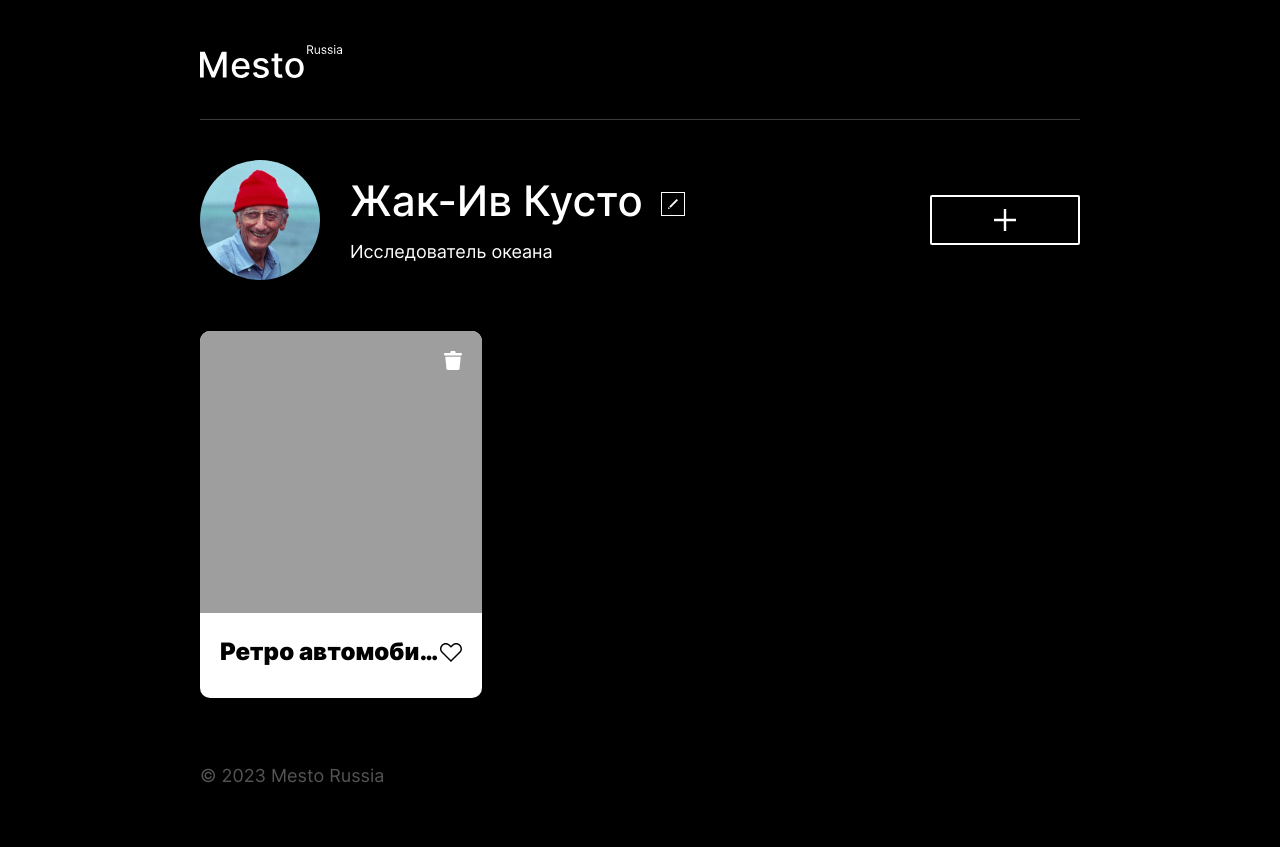
Repository: Dmitry-Rusinov/mesto
Page: index.html
The author's editor kept a copy of each file at every save. The page is drawn from the files as they stood at one save, then again after the next save.
The browser window is 1280 px wide. The pictures show the whole page.
Pictures or frames that could not be fetched are drawn as grey boxes.

Above is the page before, as saved 2023-05-17 22:00:12.

### index.html
<!DOCTYPE html>
<html lang="ru">
  <head>
    <meta charset="UTF-8" />
    <meta name="viewport" content="width=device-width, initial-scale=1.0" />
    <link rel="stylesheet" href="./pages/index.css" />
    <title>Третий проект Яндекс.Практикум "Место"</title>
  </head>
  <body class="page">
    <div class="content">
      <header class="header">
        <img
          src="./images/logo.svg"
          alt="Логотип проекта Место.Россия"
          class="header__logo"
        />
      </header>
      <main>
        <section class="profile">
          <img
            src="./images/image.jpg"
            alt="Фотография пользователя"
            class="profile__avatar"
          />
          <div class="profile__info">
            <h1 class="profile__info-title">Жак-Ив Кусто</h1>
            <button
              type="button"
              title="Кнопка редактирования профиля"
              class="profile__edit-button"
            ></button>
            <p class="profile__subtitle">Исследователь океана</p>
          </div>
          <button
            type="button"
            title="Кнопка добавления фото-карточки"
            class="profile__add-button"
          ></button>
        </section>
        <section class="elements">
          <ul class="elements__card">
            <template id="template-card">
              <li class="elements__card-content">
                  <img
                  src=""
                  alt=""
                  class="elements__picture"
                />
                <button
                  type="button"
                  title="Кнопка удаления карточки"
                  class="elements__button-delete"
                ></button>
                <div class="elements__description">
                  <div class="elements__container">
                    <h2 class="elements__title"></h2>
                    <button
                      type="button"
                      title="Кнопка лайка картинки"
                      class="elements__button-like"
                    ></button>
                  </div>
                </div>
              </li>
            </template>
          </ul>
        </section>
      </main>
      <footer class="footer">
        <p class="footer__text">© 2023 Mesto Russia</p>
      </footer>
    </div>
    <div class="popup" id="editForm">
      <div class="popup__container">
        <button
          type="button"
          class="popup__closed"
          title="Кнопка закрытия формы"
        ></button>
        <h2 class="popup__title">Редактировать профиль</h2>
        <form name="form" class="popup__form">
          <fieldset class="popup__content">
            <input
              class="popup__input popup__input_user_name"
              type="text"
              id="user-name"
              placeholder="Как вас зовут?"
              minlength="1"
              maxlength="200"
              name="name"
            />
            <input
              class="popup__input popup__input_user_job"
              type="text"
              id="description"
              placeholder="Дополнитерьная информация"
              minlength="1"
              maxlength="400"
              name="job"
            />
          </fieldset>
          <button type="submit" class="popup__submit" value="eddit">
            Сохранить
          </button>
        </form>
      </div>
    </div>
    <div class="popup" id="popupAddCard">
      <div class="popup__container">
        <button
          type="button"
          class="popup__closed"
          title="Кнопка закрытия формы"
        ></button>
        <h2 class="popup__title"></h2>
        <form name="addCard" class="popup__form">
          <fieldset class="popup__content">
            <input
              class="popup__input" id="popup__input_card_description"
              type="text"
              id="user-name"
              placeholder="Название"
              minlength="1"
              maxlength="200"
              name="newPlace"
            />
            <input
              class="popup__input" id="popup__input_pictures-link"
              type="url"
              id="description"
              placeholder="Ссылка на картинку"
              minlength="1"
              maxlength="400"
              name="pictureLink"
            />
          </fieldset>
          <button type="submit" class="popup__submit" value="eddit">
            Сохранить
          </button>
        </form>
      </div>
    </div>
    <div class="popup popup_overlay" id="popupImage">
      <div class="popup__image-container">
        <button
          type="button"
          class="popup__closed"
          title="Кнопка закрытия формы"
        ></button>
            <h2 class="popup__image-title"></h2>
            <img class="popup__picture" alt="" src="">
      </div>
    </div>
    <script src="./scripts/index.js"></script>
  </body>
</html>

### scripts/index.js
//Попап оредактирования профиля
const buttonPopupOpen = document.querySelector('.profile__edit-button');
/*const popup = document.querySelector('.popup');*/
const popupEditForm = document.querySelector('#editForm');
const buttonPopupClosed = document.querySelector('.popup__closed');
const formElement = popupEditForm.querySelector('.popup__form');
const nameInput = document.querySelector('.popup__input_user_name');
const jobInput = document.querySelector('.popup__input_user_job');
const newNameInput = document.querySelector('.profile__info-title');
const newJobInput = document.querySelector('.profile__subtitle');

//Добавление карточек на страницу
const elementsCard = document.querySelector('.elements__card');
const templateCard = document.querySelector('#template-card').content;

//Попап добавления карточки
const popupImageContent = document.querySelectorAll('.elements__card-content');
const popupAddButton = document.querySelector('.profile__add-button');
const cardDescription = document.querySelector('#popup__input_card_description');
const picturesLink = document.querySelector('#popup__input_pictures-link');
const popupAddCard = document.querySelector('#popupAddCard');
const newPopupButtonClosed = popupAddCard.querySelector('.popup__closed');
const addCardForm = popupAddCard.querySelector('.popup__form');
//Попап изображения карточки при увеличении



//Реализация формы редактирования профиль
const togglePopupState = (popupToToggle) => popupToToggle.classList.toggle('popup_opened');

buttonPopupOpen.addEventListener('click', () => {
  togglePopupState(popupEditForm);
  nameInput.value = newNameInput.textContent;
  jobInput.value = newJobInput.textContent;
});

buttonPopupClosed.addEventListener('click', () => togglePopupState(popupEditForm));

/*popup.addEventListener('click', (evt) => {
  if (evt.target === evt.currentTarget) {
    togglePopupState(popup)
  }
})*/

function handleFormSubmit (evt) {
    evt.preventDefault();
    newNameInput.textContent = nameInput.value;
    newJobInput.textContent = jobInput.value;
    togglePopupState(popupEditForm);
}

formElement.addEventListener('submit', handleFormSubmit);

// Реализация загрузки карточек из JS
const initialCards = [
  {
    name: 'Метро',
    link: 'https://images.unsplash.com/photo-1683836694582-80aa1f218f0c?ixlib=rb-4.0.3&ixid=MnwxMjA3fDB8MHxlZGl0b3JpYWwtZmVlZHwxMnx8fGVufDB8fHx8&w=1000&q=80'
  },
  {
    name: 'Остров в океане',
    link: 'https://images.unsplash.com/photo-1682444944126-9fb22591061e?ixlib=rb-4.0.3&ixid=MnwxMjA3fDB8MHxlZGl0b3JpYWwtZmVlZHwxOHx8fGVufDB8fHx8&w=1000&q=80'
  },
  {
    name: 'Воздушные шары',
    link: 'https://images.unsplash.com/photo-1683475962489-ddb36560f621?ixlib=rb-4.0.3&ixid=MnwxMjA3fDB8MHxlZGl0b3JpYWwtZmVlZHwzNHx8fGVufDB8fHx8&w=1000&q=80'
  },
  {
    name: 'Девушка с довольным выражением лица',
    link: 'https://images.unsplash.com/photo-1671549845835-224455af2e41?ixlib=rb-4.0.3&ixid=MnwxMjA3fDB8MHxlZGl0b3JpYWwtZmVlZHw3NXx8fGVufDB8fHx8&w=1000&q=80'
  },
  {
    name: 'Отдых в палатке на природе',
    link: 'https://plus.unsplash.com/premium_photo-1664367986079-dd9933917ff1?ixlib=rb-4.0.3&ixid=MnwxMjA3fDB8MHxlZGl0b3JpYWwtZmVlZHw4Nnx8fGVufDB8fHx8&w=1000&q=80'
  },
  {
    name: 'Ретро автомобиль',
    link: 'https://images.unsplash.com/photo-1683538967101-a1543aac2dc9?ixlib=rb-4.0.3&ixid=MnwxMjA3fDB8MHxlZGl0b3JpYWwtZmVlZHwxMjh8fHxlbnwwfHx8fA%3D%3D&w=1000&q=80'
  }
];

const elementsInfo = initialCards.map((item) => {
  return {
    name: item.name,
    link: item.link
  };
});
//Кнопка удаления карточки
const deleteCard = (evt) => {
  const item = evt.target.closest('.elements__card-content');
  item.remove();
}
//Кнопка лайка карточки
const buttonLike = (evt) => {
  const item = evt.target.closest('.elements__button-like');
  item.classList.toggle('elements__button-like_active');
}

const changedElements = templateCard.querySelector('.elements__card-content').cloneNode(true);
const elementsPicture = changedElements.querySelector('.elements__picture');
const elementsTitle = changedElements.querySelector('.elements__title');


function createCard({name, link}) {
  /*const changedElements = templateCard.querySelector('.elements__card-content').cloneNode(true);
  const elementsPicture = changedElements.querySelector('.elements__picture');
  const elementsTitle = changedElements.querySelector('.elements__title');*/
  elementsTitle.textContent = name;
  elementsPicture.src = link;
  elementsPicture.alt = name;
  changedElements.querySelector('.elements__button-delete').addEventListener('click', deleteCard);
  changedElements.querySelector('.elements__button-like').addEventListener('click', buttonLike);

  elementsPicture.addEventListener('click', () => {
    togglePopupState(modal);
    newImage.src = elementsPicture.src;
    newImage.alt = elementsPicture.alt;
    newImageTitle.textContent = elementsTitle.textContent;
  });

  elementsCard.prepend(changedElements);
}

function create() {
  elementsInfo.forEach(createCard);
}

create();

//Реализация формы добавления карточки
popupAddButton.addEventListener('click', () => {
  togglePopupState(popupAddCard);
});

newPopupButtonClosed.addEventListener('click', () => togglePopupState(popupAddCard));

function addCardSubmit (evt) {
  evt.preventDefault();
  const changedElements = templateCard.querySelector('.elements__card-content').cloneNode(true);
  changedElements.querySelector('.elements__title').textContent = cardDescription.value;
  changedElements.querySelector('.elements__picture').alt = cardDescription.value;
  changedElements.querySelector('.elements__picture').src = picturesLink.value;
  changedElements.querySelector('.elements__button-delete').addEventListener('click', deleteCard);
  changedElements.querySelector('.elements__button-like').addEventListener('click', buttonLike);

  const elementsPicture = changedElements.querySelector('.elements__picture');
  const elementsTitle = changedElements.querySelector('.elements__title');
  elementsPicture.addEventListener('click', () => {
    togglePopupState(modal);
    newImage.src = elementsPicture.src;
    newImage.alt = elementsPicture.alt;
    newImageTitle.textContent = elementsTitle.textContent;
  });

  elementsCard.prepend(changedElements);
  togglePopupState(popupAddCard);
}

addCardForm.addEventListener('submit', addCardSubmit);

//Реализация модального окна изображений
/*const imageToPopup = elementsCard.getElementsByClassName('elements__picture');
const popupImage = document.querySelector('#popupImage');
const popupImageButtonClosed = popupImage.querySelector('.popup__closed');
const imageTitle = document.querySelector('.popup__image-title');
const popupImageContent = document.querySelector('.popup__image-container');
const elementsTitle = document.getElementsByClassName('elements__title');
const popupImageContent = document.querySelector('.popup__image-container');
const popupPicture = document.querySelector('.popup__picture');

/*function item () {
  elementsTitle.value = imageTitle.textContent;
  imageToPopup.value = popupPicture.src;
  return
}

for (let i = 0; i < imageToPopup.length; ++i) {
  let picture = imageToPopup[i];
  picture.addEventListener('click', () => {
    togglePopupState(popupImage);});

}


 /*imageToPopup.addEventListener('click', () => {
  togglePopupState(popupImage);
});*/

//popupImageButtonClosed.addEventListener('click', () => togglePopupState(popupImage));




const modal = document.querySelector('#popupImage');
const modalContent = modal.querySelector('.popup__image-container');
const closeBtn = modal.querySelector('.popup__closed');
const newImage = modal.querySelector('.popup__picture');
const newImageTitle = modal.querySelector('.popup__image-title');
const nameOfPicture = elementsCard.querySelector('.elements__title');


/*let imgSrc;

popupImageContent.forEach((img) => {
  img.addEventListener('click', (item) => {
    imgSrc = item.target.src;
    togglePopupState(modal);
    imgModal(imgSrc);
  });
});

let imgModal = (src, alt) => {
  //const modal = document.querySelector('#popupImage');
  //const newImage = modal.querySelector('.popup__picture');
  newImage.setAttribute("src", src);
  newImage.setAttribute("alt", alt);
  newImage.alt = nameOfPicture.textContent;
  //newImage.setAttribute("alt", alt).textContent = nameOfPicture.value;
  //newImage.alt = nameOfPicture.value;
  //newImageTitle.textContent = nameOfPicture.value;
  //nameOfPicture.value = newImageTitle.textContent;
  //const closeBtn = modal.querySelector('.popup__closed');

  newImageTitle.innerHTML = nameOfPicture.textContent;


  modalContent.append(newImage, closeBtn, newImageTitle);
}*/


closeBtn.addEventListener('click', () => {
  togglePopupState(modal);
});

### blocks/page/page.css
.page {
  font-family: "Inter", Helvetica, Arial, sans-serif;
  background-color: #000000;
  -webkit-text-size-adjust: 100%;
  -ms-text-size-adjust: 100%;
  -moz-text-size-adjust: 100%;
  -webkit-font-smoothing: antialiased;
  -moz-osx-font-smoothing: grayscale;
  text-rendering: optimizeLegibility;
  margin: 0 auto;
  width: 100%;
}

### blocks/header/header.css
.header {
  display: flex;
  flex-direction: column;
  justify-content: space-between;
  margin: 0;
  border-bottom: 1px solid rgba(84, 84, 84, 0.7);
}

### blocks/header/__logo/header__logo.css
.header__logo {
  object-fit: contain;
  margin-bottom: 41px;
  max-width: 142px;
}

@media screen and (max-width: 320px) {
  .header__logo {
    max-width: 103.74px;
    margin-bottom: 31.6px;
    margin-left: 27px;
  }
}

### blocks/profile/profile.css
.profile {
  display: flex;
  width: 100%;
  margin: 40px auto 0;
  align-items: center;
}
@media screen and (max-width: 980px) {
  .profile {
    flex-direction: column;
  }
}

### blocks/profile/__avatar/profile__avatar.css
.profile__avatar {
  object-fit: cover;
  border-radius: 50%;
  width: 120px;
  height: 120px;
  margin-right: 30px;
  padding: 0;
}

@media screen and (max-width: 980px) {
  .profile__avatar {
    margin: 0 auto 26px;
  }
}

### blocks/elements/elements.css
.elements {
  margin: 51px auto 0;
}

@media screen and (max-width: 425px) {
  .elements {
    margin: 36px auto 0;
  }
}

### blocks/elements/__button-like/elements__button-like.css
.elements__button-like {
  background-image: url(../../../images/botton-like.svg);
  width: 22px;
  height: 19px;
  border: 0;
  background-color: transparent;
  cursor: pointer;
  transition: opacity 0.6s;
}

.elements__button-like:hover {
  opacity: 0.5;
}

### blocks/elements/__card-content/elements__card-content.css
.elements__card-content {
  display: flex;
  position: relative;
  flex-direction: column;
  border-radius: 10px;
  margin: 0;
  padding: 0;
  overflow: hidden;
  background: #FFFFFF;
  width: 282px;
}

### blocks/elements/__container/elements__container.css
.elements__container {
  display: flex;
  justify-content: space-between;
  margin: 25px 20px 31px;
  align-items: center;
}

### blocks/elements/__picture/elements__picture.css
.elements__picture {
  height: 282px;
  width: 100%;
  object-fit: cover;
}
.elements__picture:hover {
  cursor: pointer;
}

### blocks/elements/__title/elements__title.css
.elements__title {
  font-style: normal;
  font-weight: 900;
  font-size: 1.5em;
  line-height: 1.2;
  margin: 0;
  padding: 0;
  max-width: 220px;
  text-overflow: ellipsis;
  white-space: nowrap;
  overflow: hidden;
}

### blocks/elements/__button-delete/elements__button-delete.css
.elements__button-delete {
  position: absolute;
  background-image: url(../../../images/deleteCard-basket.svg);
  cursor: pointer;
  top: 20px;
  right: 20px;
  width: 18px;
  height: 19px;
  border: none;
  background-color: transparent;
  background-repeat: no-repeat;
  transition: opacity 0.6s;
}

.elements__button-delete:hover {
  opacity: 0.6;
}

### blocks/elements/__button-like/_active/elements__button-like_active.css
.elements__button-like_active {
  background-image: url(../../../../images/button-like-active.svg);
  opacity: 1;
}

### blocks/footer/footer.css
.footer {
  max-width: 318px;
  margin-top: 67px;
  margin-right: auto;
}

@media screen and (max-width: 425px) {
  .footer {
    margin-top: 48px;
  }
}

### blocks/footer/__text/footer__text.css
.footer__text {
  font-style: normal;
  font-weight: 400;
  font-size: 18px;
  line-height: 22px;
  color: #545454;
  margin: 0;
  padding: 0;
}

@media screen and (max-width: 320px) {
  .footer__text {
    font-size: 14px;
    line-height: 17px;
    margin: 0 19px;
  }
}

### blocks/popup/popup.css
.popup {
  position: fixed;
  top: 0;
  left: 0;
  z-index: 5;
  width: 100%;
  height: 100%;
  display: none;
  background-color: rgba(0, 0, 0, 0.5);
  justify-content: center;
  align-items: center;
}

### blocks/popup/__title/popup__title.css
.popup__title {
  font-style: normal;
  font-weight: 900;
  font-size: 24px;
  line-height: 29px;
  margin: 0;
  padding: 0;
}

@media screen and (max-width: 768px) {
  .popup__title {
    font-size: 18px;
    line-height: 22px;
  }
}

### blocks/popup/__input/popup__input.css
.popup__input {
  border: none;
  border-bottom: 1px solid rgba(0, 0, 0, 0.2);
  padding: 13px 0 10px;
  margin: 0 0 17px;
  width: 100%;
  font-style: normal;
  font-weight: 400;
  font-size: 14px;
  line-height: 17px;
}

### blocks/popup/__form/popup__form.css
.popup__form {
  display: flex;
  flex-direction: column;
  box-sizing: border-box;
  margin-top: 35px;
}

@media screen and (max-width: 768px) {
  .popup__form {
    margin-top: 62px;
  }
}

### blocks/popup/__content/popup__content.css
.popup__content {
  padding: 0;
  margin: 0 0 31px;
  border: none;
  flex-direction: column;
}
@media screen and (max-width: 768px) {
  .popup__content {
    margin: 0;
  }
}

### blocks/popup/__container/popup__container.css
.popup__container {
  border-radius: 10px;
  background: #fff;
  width: 358px;
  position: relative;
  box-shadow: 0px 0px 25px rgba(0, 0, 0, 0.15);
  flex-direction: column;
  z-index: 5;
  padding: 34px 36px 37px;
}

@media screen and (max-width: 768px) {
  .popup__container {
    width: 238px;
    padding: 25px 22px;
  }
}

### blocks/popup/__picture/popup__picture.css
.popup__picture {
  background-position: center;
  object-fit: cover;
  overflow: hidden;
  z-index: 2;
}

### blocks/popup/__image-container/popup__image-container.css
.popup__image-container {
  display: flex;
  flex-direction: column;
  align-self: center;
  z-index: 1;
  position: relative;
  max-width: 816px;
  height: 540px;
  margin: 0 auto;
}

### blocks/popup/__image-title/popup__image-title.css
.popup__image-title {
  position: absolute;
  left: 0;
  bottom: -25px;
  margin: 0;
  padding: 0;
  font-style: normal;
  font-weight: 400;
  font-size: 12px;
  line-height: 15px;
  color: white;
}

### blocks/popup/_overlay/popup_overlay.css
.popup_overlay {
  background-color: rgba(0, 0, 0, 0.9);
}

Loaded but not shown: vendor/normalize.css (library); blocks/popup/_opened/popup_opened.css (common file); pages/index.css (48 lines, source omitted); blocks/profile/__add-button/profile__add-button.css (40 lines, source omitted); vendor/fonts.css (24 lines, source omitted); blocks/popup/__submit/popup__submit.css (29 lines, source omitted); blocks/profile/__edit-button/profile__edit-button.css (25 lines, source omitted); blocks/popup/__closed/popup__closed.css (27 lines, source omitted); blocks/content/content.css (27 lines, source omitted); blocks/profile/__info-title/profile__info-title.css (26 lines, source omitted); blocks/profile/__subtitle/profile__subtitle.css (26 lines, source omitted); blocks/elements/__card/elements__card.css (23 lines, source omitted); blocks/profile/__info/profile__info.css (23 lines, source omitted)

After the next save:
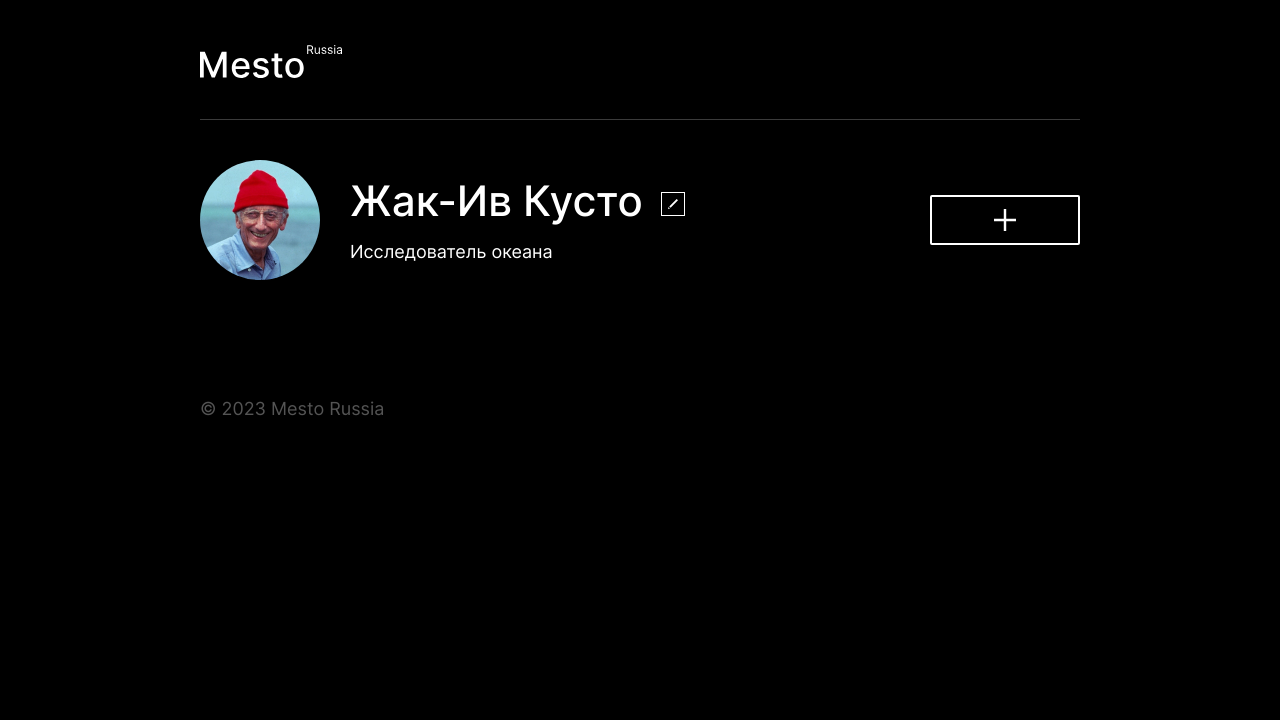
Console error: TypeError: templateCard.querySelectorAll(...).cloneNode is not a function
Saved 2 min 28 s later.
--- a/scripts/index.js
+++ b/scripts/index.js
@@ -96,7 +96,7 @@
   item.classList.toggle('elements__button-like_active');
 }
 
-const changedElements = templateCard.querySelector('.elements__card-content').cloneNode(true);
+const changedElements = templateCard.querySelectorAll('.elements__card-content').cloneNode(true);
 const elementsPicture = changedElements.querySelector('.elements__picture');
 const elementsTitle = changedElements.querySelector('.elements__title');
 

After the save that followed:
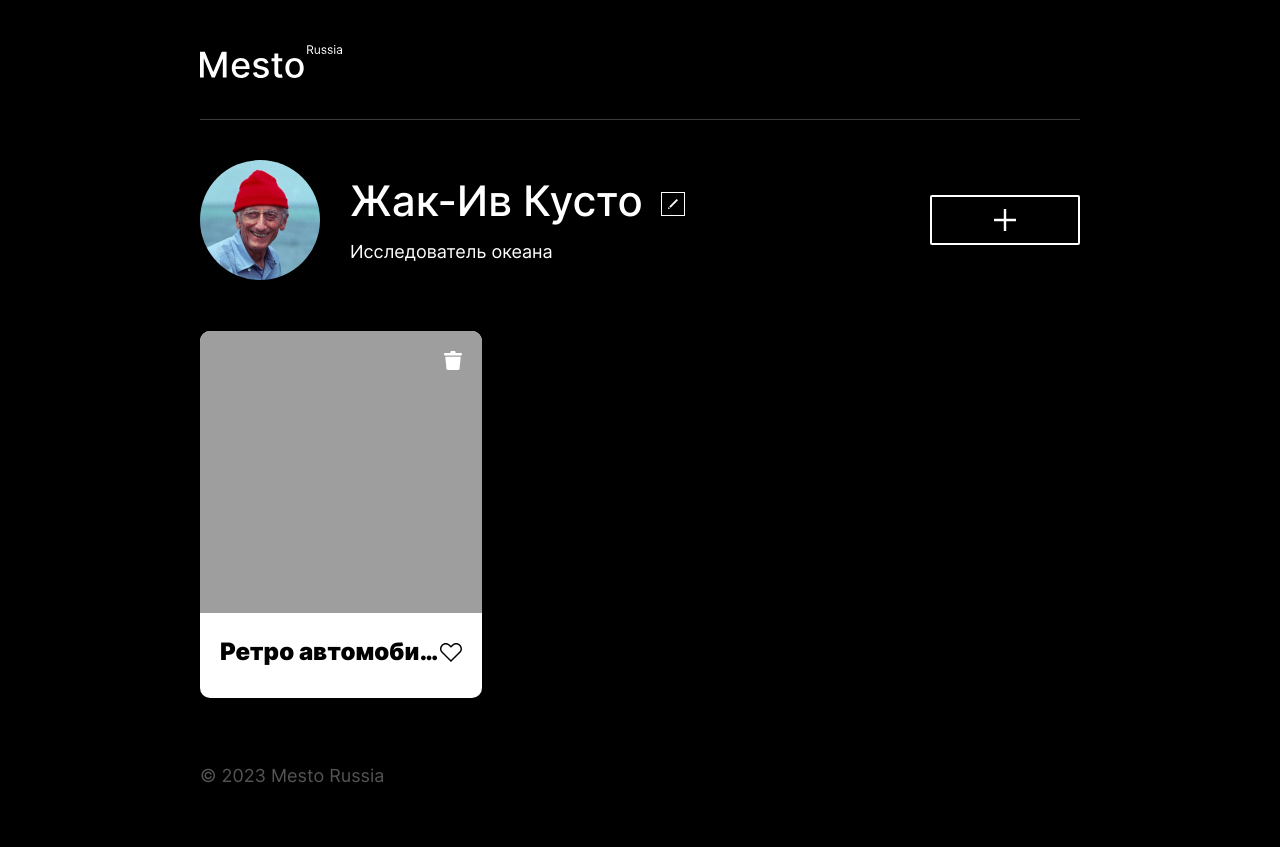
The error is gone.
Saved 8 s later.
--- a/scripts/index.js
+++ b/scripts/index.js
@@ -96,7 +96,7 @@
   item.classList.toggle('elements__button-like_active');
 }
 
-const changedElements = templateCard.querySelectorAll('.elements__card-content').cloneNode(true);
+const changedElements = templateCard.querySelector('.elements__card-content').cloneNode(true);
 const elementsPicture = changedElements.querySelector('.elements__picture');
 const elementsTitle = changedElements.querySelector('.elements__title');
 
